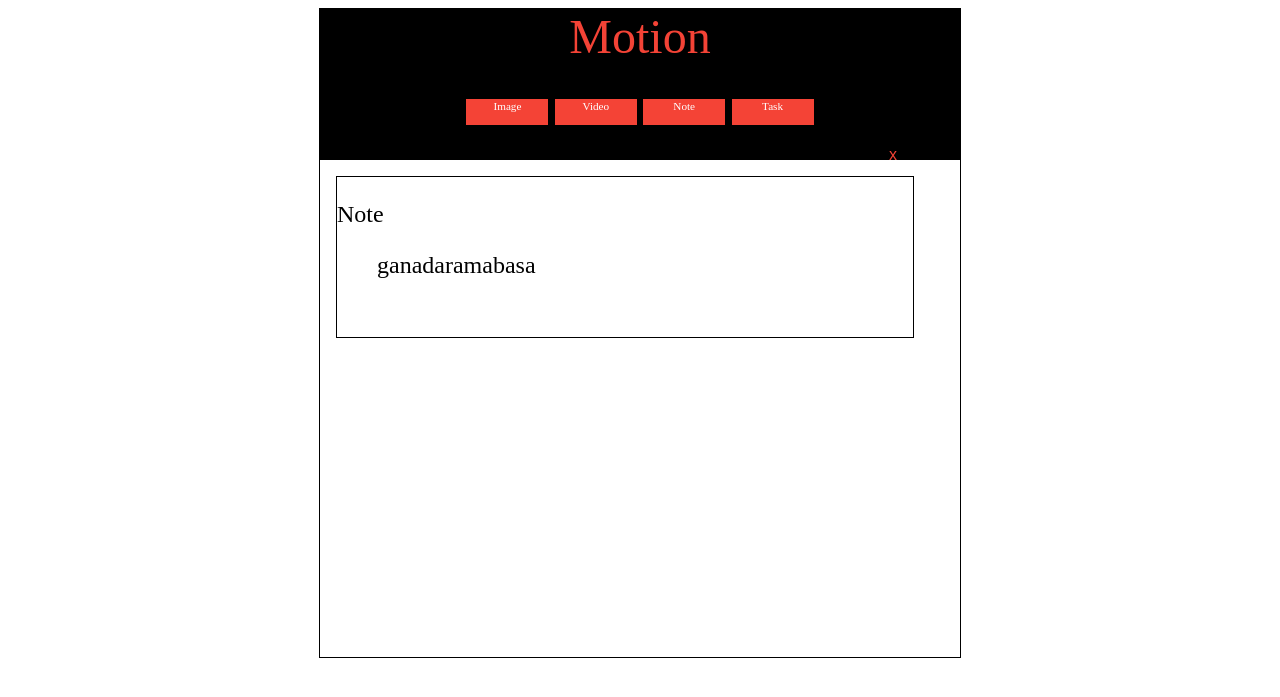
Repository: DevMinwoo-Jung/typescript
Page: motion/index.html
An editor plug-in stored every save of this project. The page is shown before and after the next save, followed by the edit.
The browser window is 1280 px wide. The pictures show the whole page.

Above is the page before, as saved 2021-10-12 14:55:25.

After the next save:
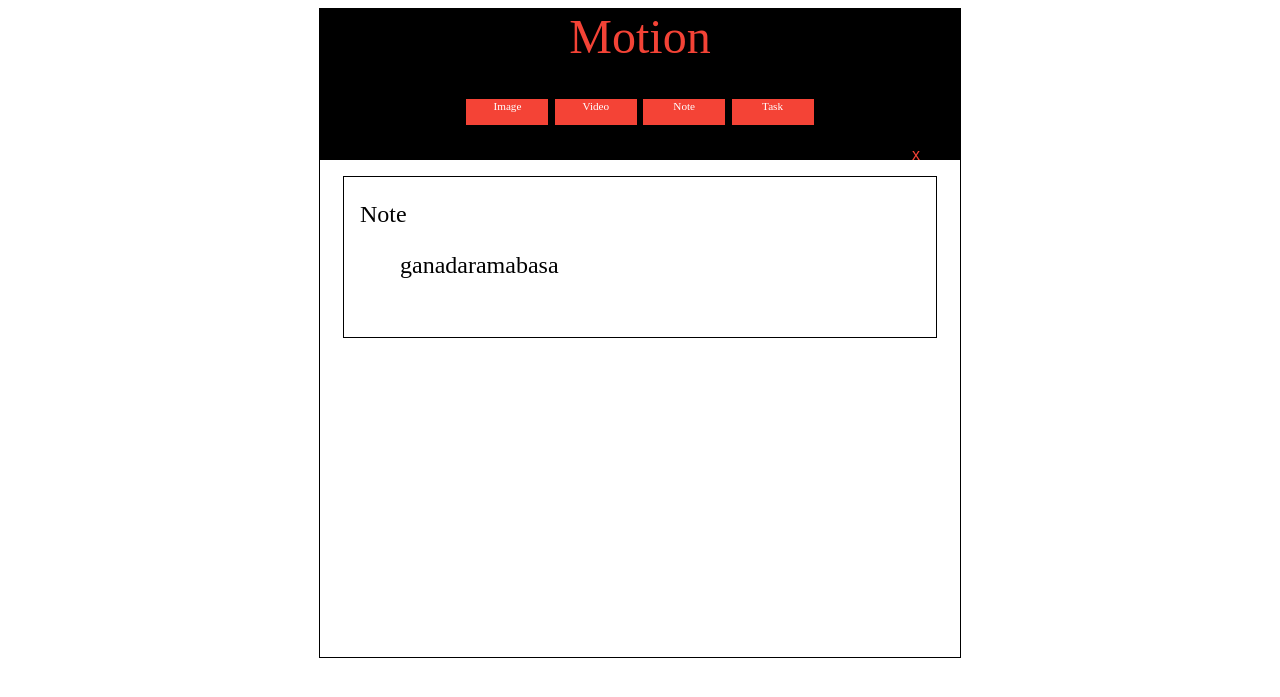
Saved 8 s later.
--- a/motion/index.module.css
+++ b/motion/index.module.css
@@ -86,7 +86,7 @@
   height: 10rem;
   border: 1px solid;
   margin: 1rem auto;
-  margin-left: 1rem;
+  padding-left: 1rem;
   position: relative;
 }
 
